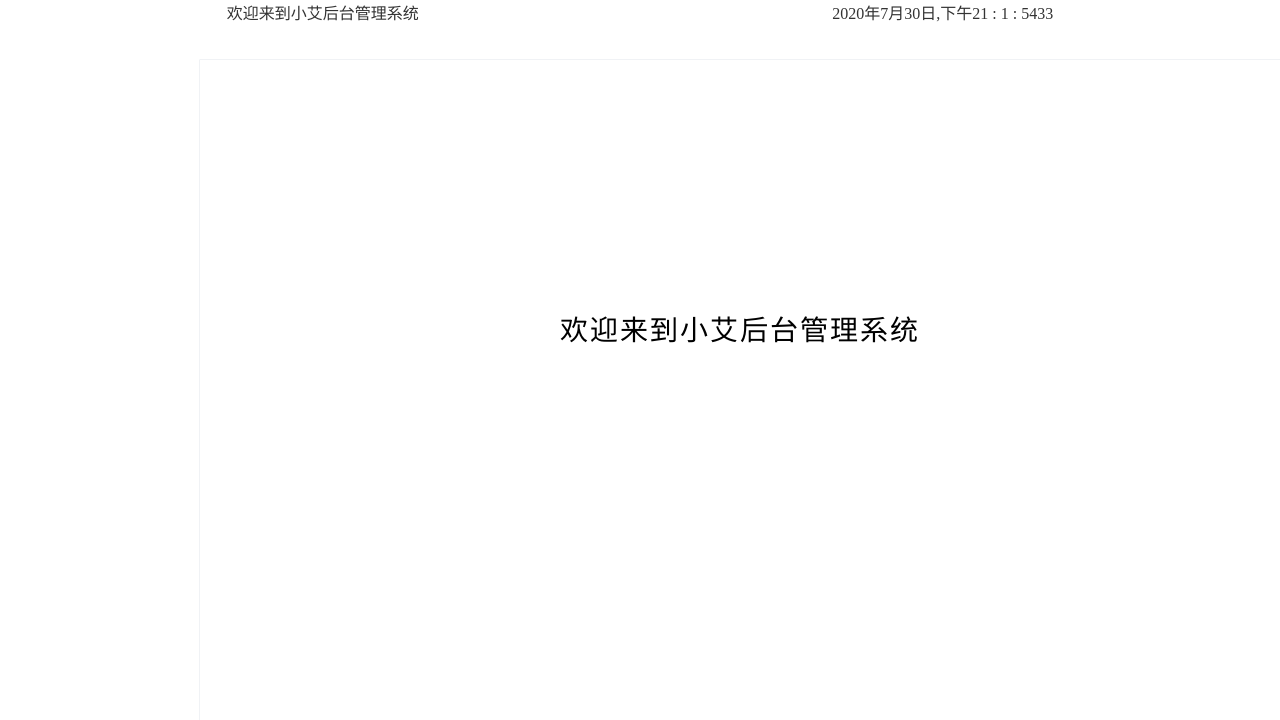
Repository: noob-injoker/router-slots-cw-ee
Page: /
The author's editor kept a copy of each file at every save. The page is drawn from the files as they stood at one save, then again after the next save.
The browser window is 1280 px wide. The pictures show the whole page.
The page's requests for data from a server got no answer. The project was rebuilt for these pictures with package versions that can differ from the ones it lists, and the page was loaded fresh each time. No one was signed in, and anything a server would have sent is missing. Also part of the build but not shown: vue.config.js.

Above is the page before, as saved 2020-08-30 21:01:54.

After the next save:
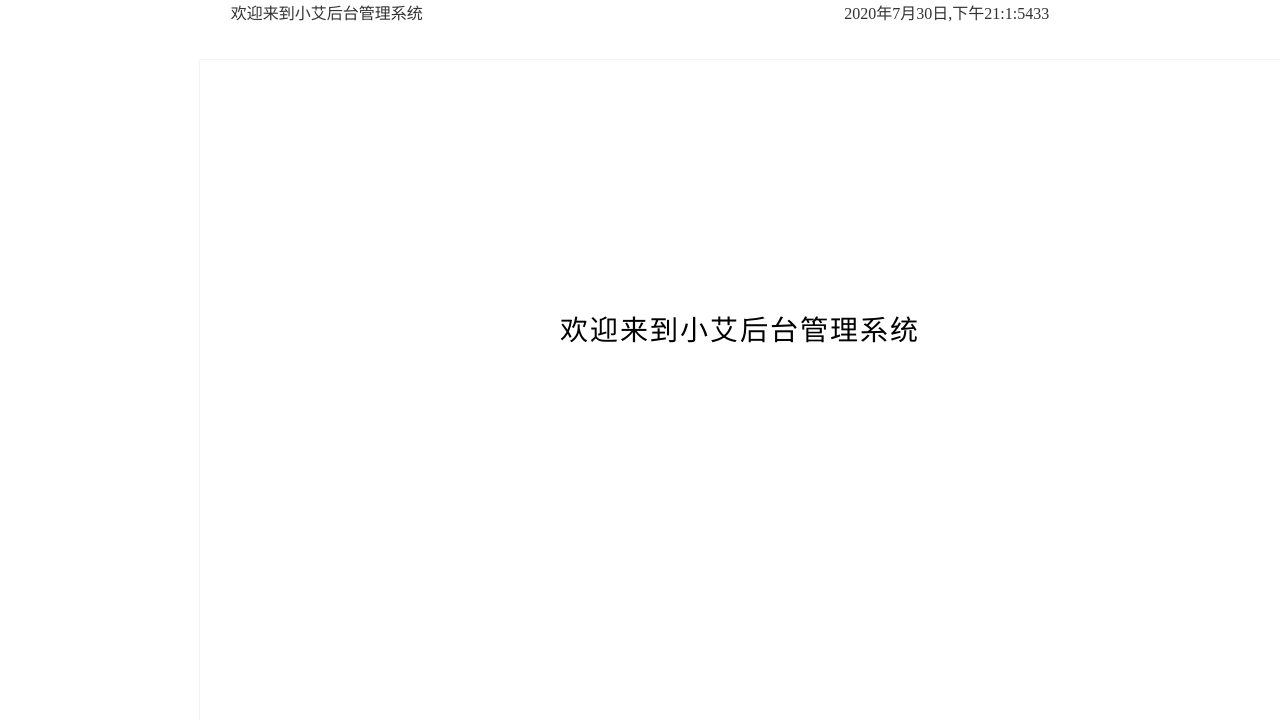
Saved 25 s later.
--- a/src/components/nav/headerNav.vue
+++ b/src/components/nav/headerNav.vue
@@ -31,7 +31,7 @@ export default {
       let minuts = date.getMinutes(); //获取当前分钟数(0-59)
 
       let secondes = date.getSeconds(); //获取当前秒数(0-59)
-      this.time = `${year}年${month}月${day}日,下午${hours} : ${minuts} : ${secondes}`
+      this.time = `${year}年${month}月${day}日,下午${hours}:${minuts}:${secondes}`
     }
 
   },
